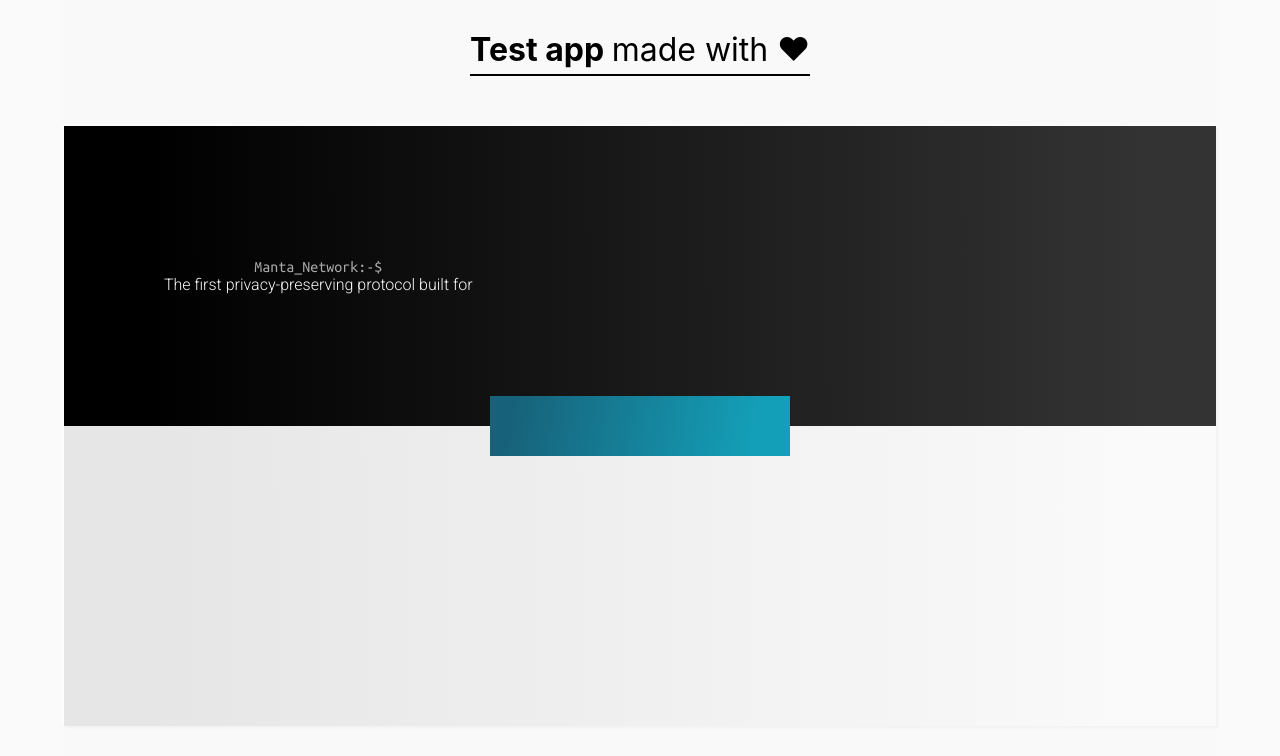
Repository: Khattak01/test-app
Page: /
These files come from the project's save history. The page is drawn as it stood at one moment and after the next save; the edit follows.
The browser window is 1280 px wide. The pictures show the whole page.
The project was rebuilt for these pictures with package versions that can differ from the ones it lists, and the page was loaded fresh each time.

Above is the page before, as saved 2021-05-12 08:18:59.

After the next save:
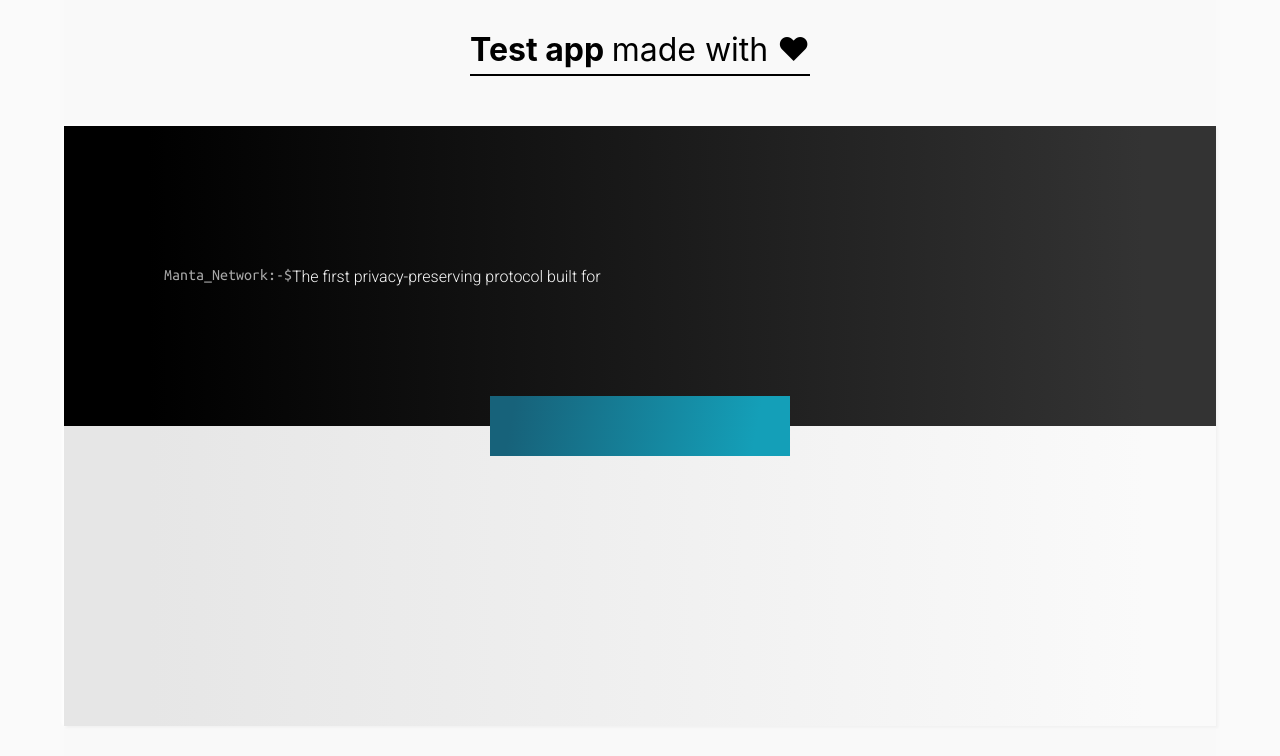
Saved 13 s later.
--- a/src/components/banner/Banner.module.css
+++ b/src/components/banner/Banner.module.css
@@ -11,6 +11,9 @@
   min-height: 300px;
   width: 100%;
   background-color: red;
+}
+.text_box{
+  display: flex;
 }
 .banner__top{
   background-image: var(--color-dark);
